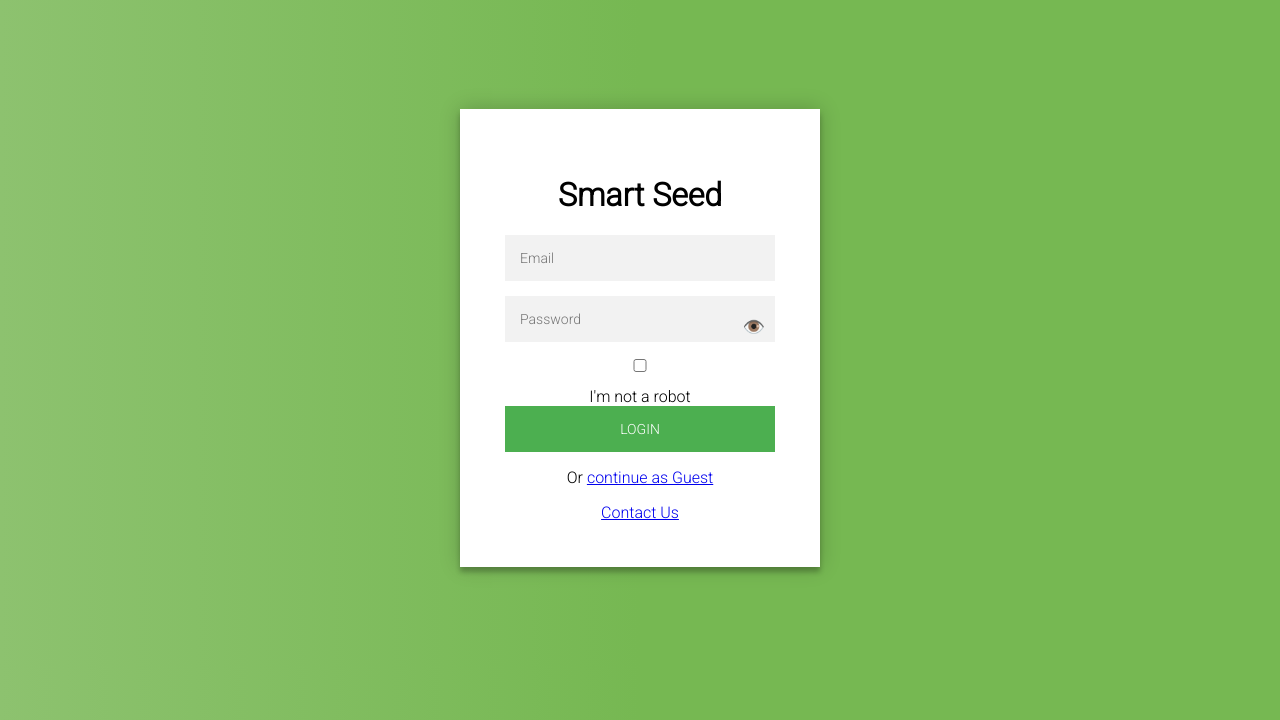
Repository: IFoundGeorge/Smart-Seed-v8-master
Page: src/login.html
The author's editor kept a copy of each file at every save. The page is drawn from the files as they stood at one save, then again after the next save.
The browser window is 1280 px wide. The pictures show the whole page.

Above is the page before, as saved 2025-04-02 00:45:25.

After the next save:
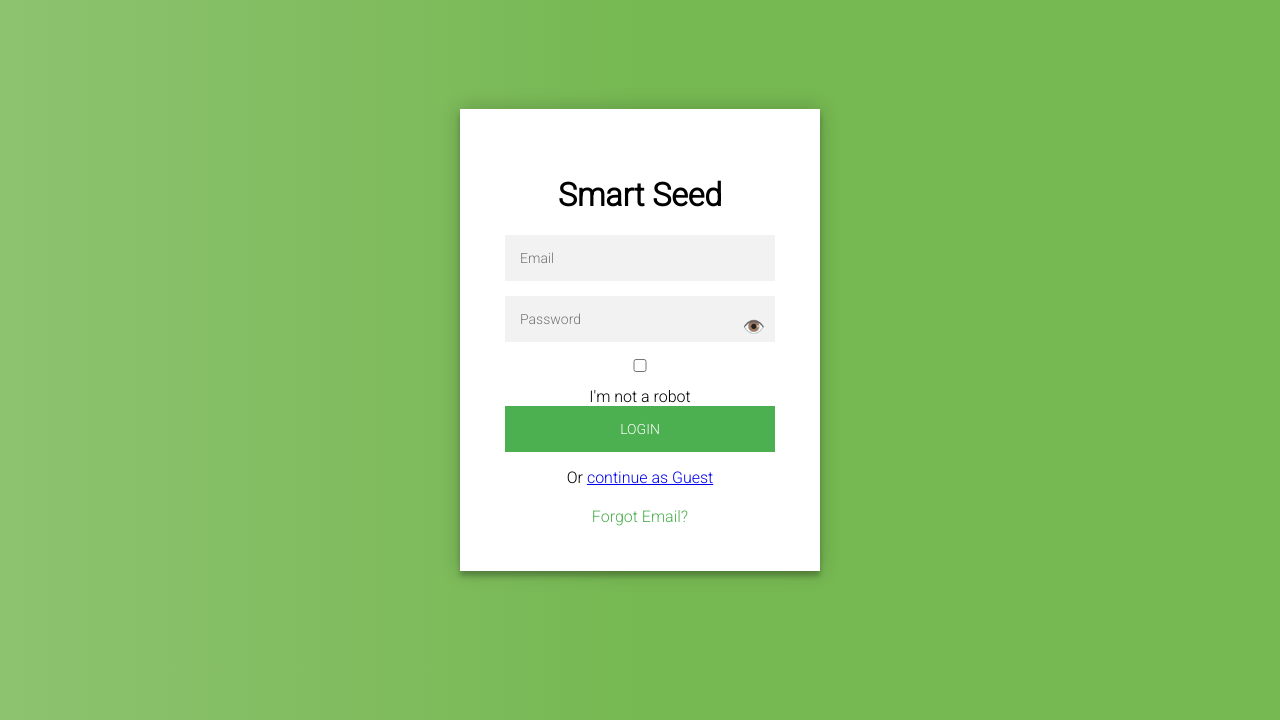
Saved 101 s later.
--- a/src/login.html
+++ b/src/login.html
@@ -136,8 +136,8 @@
         </p>
 
         <!-- Contact Us Link -->
-        <div class="Forgot Email?">
-          <a href="#" onclick="contactUs()">Contact Us</a>
+        <div class="contact-us">
+          <a href="#" onclick="contactUs()">Forgot Email?</a>
         </div>
       </div>
     </div>
